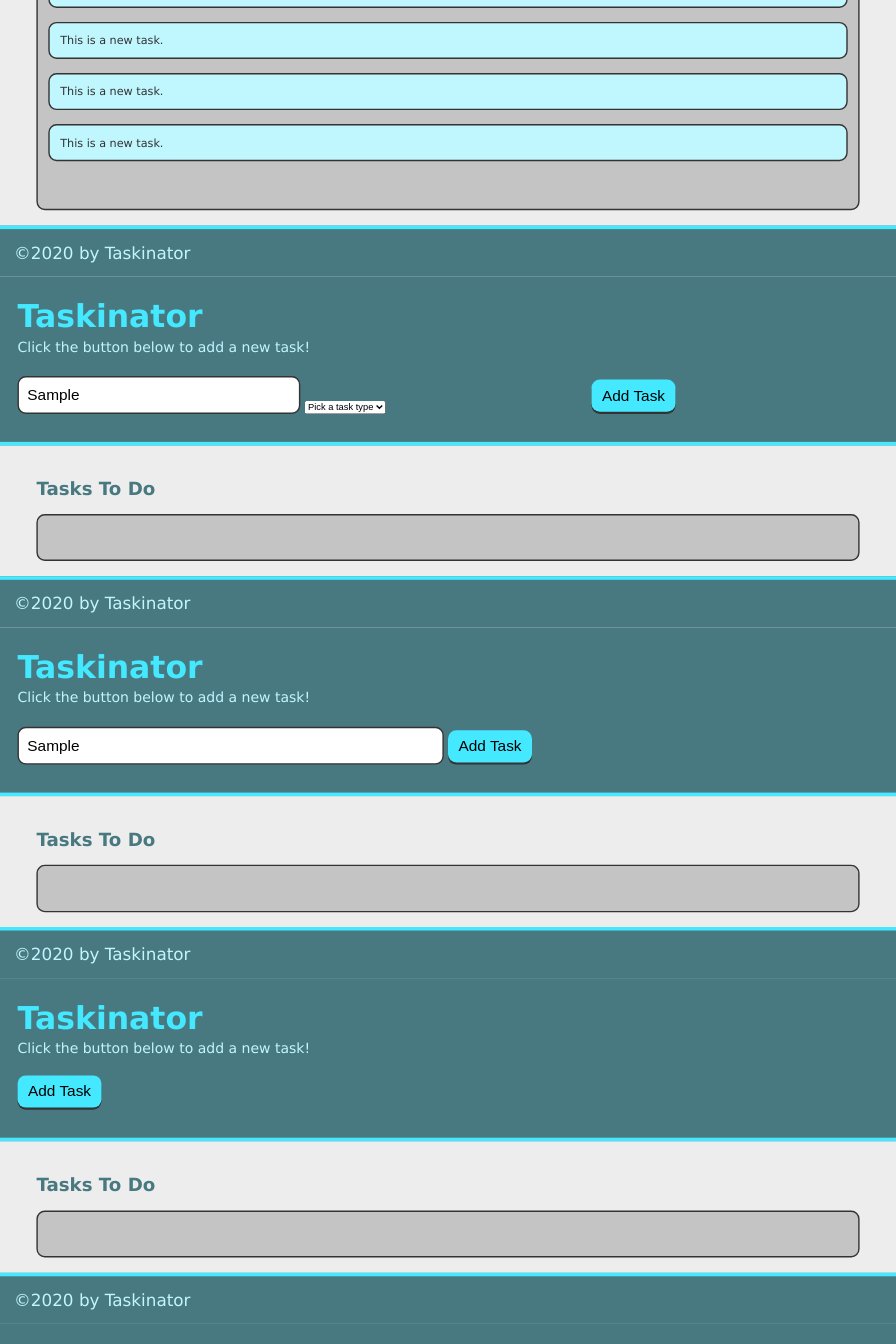
Repository: stuart-rickard/taskinator
Page: index.html
These files come from the project's save history. The page is drawn as it stood at one moment and after the next save; the edit follows.
The browser window is 1280 px wide. The pictures show the part of the page from y = 1566 to 3486 px (the page is 4003 px tall before and 4368 px after), at 70% of full size.
Empty fields were first filled with sample values (such as "Sample", 5 or name@example.com).
After loading, the first visible `#task-form` was submitted once.

Above is the page before, as saved 2021-11-17 00:41:50.

### index.html
<!DOCTYPE html>
<html lang="en">
<head>
    <meta charset="UTF-8">
    <meta http-equiv="X-UA-Compatible" content="IE=edge">
    <meta name="viewport" content="width=device-width, initial-scale=1.0">
    <title>Taskinator</title>
    <link rel="stylesheet" href="./assets/css/style.css">
</head>
<body>
    <header>
        <h1 class="page-title">Taskinator</h1>
        <p>Click the button below to add a new task!</p>
        <form id="task-form">
            <div class="form-group">
                <input type="text" name="task-name" placeholder="Enter Task Name" />
            </div>
            <div class="form-group">
                <select name="task-type" class="select-dropdown">
                  <option value="" disabled selected>Pick a task type</option>
                  <option value="Print">Print</option>
                  <option value="Web">Web</option>
                  <option value="Mobile">Mobile</option>
                </select>
            </div>
            <div class="form-group">
                <button class="btn" id="save-task" type="submit">Add Task</button>
            </div>
        </form>
    </header>
    <main class="page-content">
        <section class="task-list-wrapper">
          <h2 class="list-title">Tasks To Do</h2>
          <ul class="task-list" id="tasks-to-do">

          </ul>
        </section>
    </main>
    <footer>
        &copy;2020 by Taskinator
    </footer>

    <script src="./assets/js/script.js"></script>
</body>
</html>
<!DOCTYPE html>
<html lang="en">
<head>
    <meta charset="UTF-8">
    <meta http-equiv="X-UA-Compatible" content="IE=edge">
    <meta name="viewport" content="width=device-width, initial-scale=1.0">
    <title>Taskinator</title>
    <link rel="stylesheet" href="./assets/css/style.css">
</head>
<body>
    <header>
        <h1 class="page-title">Taskinator</h1>
        <p>Click the button below to add a new task!</p>
        <form id="task-form">
            <div class="form-group">
                <input type="text" name="task-name" placeholder="Enter Task Name" />
            </div>
            <div class="form-group">
                <select name="task-type">
                  <option value="" disabled selected>Pick a task type</option>
                  <option value="Print">Print</option>
                  <option value="Web">Web</option>
                  <option value="Mobile">Mobile</option>
                </select>
            </div>
            <div class="form-group">
                <button class="btn" id="save-task" type="submit">Add Task</button>
            </div>
        </form>
    </header>
    <main class="page-content">
        <section class="task-list-wrapper">
          <h2 class="list-title">Tasks To Do</h2>
          <ul class="task-list" id="tasks-to-do">

          </ul>
        </section>
    </main>
    <footer>
        &copy;2020 by Taskinator
    </footer>

    <script src="./assets/js/script.js"></script>
</body>
</html>
<!DOCTYPE html>
<html lang="en">
<head>
    <meta charset="UTF-8">
    <meta http-equiv="X-UA-Compatible" content="IE=edge">
    <meta name="viewport" content="width=device-width, initial-scale=1.0">
    <title>Taskinator</title>
    <link rel="stylesheet" href="./assets/css/style.css">
</head>
<body>
    <header>
        <h1 class="page-title">Taskinator</h1>
        <p>Click the button below to add a new task!</p>
        <form id="task-form">
            <div class="form-group">
                <input type="text" name="task-name" placeholder="Enter Task Name" />
            </div>
            <div class="form-group">
                <button class="btn" id="save-task" type="submit">Add Task</button>
            </div>
        </form>
    </header>
    <main class="page-content">
        <section class="task-list-wrapper">
          <h2 class="list-title">Tasks To Do</h2>
          <ul class="task-list" id="tasks-to-do">

          </ul>
        </section>
    </main>
    <footer>
        &copy;2020 by Taskinator
    </footer>

    <script src="./assets/js/script.js"></script>
</body>
</html>
<!DOCTYPE html>
<html lang="en">
<head>
    <meta charset="UTF-8">
    <meta http-equiv="X-UA-Compatible" content="IE=edge">
    <meta name="viewport" content="width=device-width, initial-scale=1.0">
    <title>Taskinator</title>
    <link rel="stylesheet" href="./assets/css/style.css">
</head>
<body>
    <header>
        <h1 class="page-title">Taskinator</h1>
        <p>Click the button below to add a new task!</p>
        <form id="task-form">
            <div class="form-group">
                <button class="btn" id="save-task" type="submit">Add Task</button>
            </div>
        </form>
    </header>
    <main class="page-content">
        <section class="task-list-wrapper">
          <h2 class="list-title">Tasks To Do</h2>
          <ul class="task-list" id="tasks-to-do">

          </ul>
        </section>
    </main>
    <footer>
        &copy;2020 by Taskinator
    </footer>

    <script src="./assets/js/script.js"></script>
</body>
</html>
<!DOCTYPE html>
<html lang="en">
<head>
    <meta charset="UTF-8">
    <meta http-equiv="X-UA-Compatible" content="IE=edge">
    <meta name="viewport" content="width=device-width, initial-scale=1.0">
    <title>Taskinator</title>
    <link rel="stylesheet" href="./assets/css/style.css">
</head>
<body>
    <header>
        <h1 class="page-title">Taskinator</h1>
        <p>Click the button below to add a new task!</p>
        <button class="btn" id="save-task" >Add Task</button>
    </header>
    <main class="page-content">
        <section class="task-list-wrapper">
          <h2 class="list-title">Tasks To Do</h2>
          <ul class="task-list" id="tasks-to-do">
            <li class="task-item">A task is going to be added soon!</li>
          </ul>
        </section>
    </main>
    <footer>
        &copy;2020 by Taskinator
    </footer>

    <script src="./assets/js/script.js"></script>
</body>
</html>

### assets/css/style.css
* {
  box-sizing: border-box;
}

:root {
  --primary: #44e9ff;
  --secondary: #497980;
  --tertiary: rgb(192, 246, 253);
  --grey: #333;
  font-size: 62.5%;
}

body {
  background: #ededed;
  color: var(--grey);
  margin: 0;
  padding: 0;
  display: flex;
  min-height: 100vh;
  flex-direction: column;
  font-family: Verdana, Geneva, Tahoma, sans-serif;
}

header {
  background: var(--secondary);
  padding: 30px 25px;
  border-bottom: 5px solid var(--primary);
}

header p {
  color: var(--tertiary);
  margin: 5px 0 20px;
  font-size: 2rem;
}

p,
li {
  font-size: 1.6rem;
}

form {
  display: flex;
  align-items: flex-end;
  flex-wrap: wrap;
}

form input {
  outline: none;
  border: none;
  padding: 12px;
  width: 100%;
  font-size: 2.2rem;
  border: 2px solid var(--grey);
  border-radius: 12px;
}

form .form-group {
  margin: 10px 6px 10px 0;
  flex: 1;
}

footer {
  width: 100%;
  background: var(--secondary);
  color: var(--tertiary);
  font-size: 2.4rem;
  padding: 20px;
  border-top: 5px solid var(--primary);
}

.page-title {
  color: var(--primary);
  margin-bottom: 5px;
  margin-top: 0;
  font-size: 4.5rem;
}

.page-content {
  flex: 1;
  display: flex;
  flex-wrap: wrap;
  justify-content: center;
  margin: 25px auto;
  width: 95%;
}

.task-list-wrapper {
  flex: 1;
  margin: 0 20px 20px;
}

.list-title {
  color: var(--secondary);
  font-size: 2.6rem;
}

.task-list {
  list-style: none;
  padding: 15px;
  height: calc(100% - 50px);
  background: rgb(196, 196, 196);
  border-radius: 12px;
  border: 2px solid var(--grey);
}

.task-item {
  color: var(--grey);
  padding: 15px 15px;
  border: 2px solid var(--grey);
  background: var(--tertiary);
  border-radius: 12px;
  margin-bottom: 20px;
}

.task-name {
  margin: 0;
  font-size: 1.8rem;
}

.task-type {
  color: var(--secondary);
  font-size: 1.55rem;
}
.task-actions {
  display: flex;
  flex-wrap: wrap;
  align-items: center;
  margin: 10px 0 5px 0;
  justify-content: space-between;
}

.task-actions button,
.task-actions select {
  flex: 1;
}

.btn {
  outline: none;
  border: none;
  display: inline-block;
  padding: 10px 15px;
  background: var(--primary);
  font-size: 2.2rem;
  border-radius: 12px;
  position: relative;
  top: -3px;
  box-shadow: 0 3px var(--grey);
}

.btn:hover {
  box-shadow: 0 2px var(--grey);
  top: -2px;
}
.btn:active {
  box-shadow: 0 0px var(--grey);
  top: 0;
}

.edit-btn,
.delete-btn {
  font-size: 1.4rem;
  padding: 5px 7px;
  margin: 3px;
  background: var(--secondary);
  color: #fff;
}

.select-dropdown,
.select-status {
  display: block;
  font-size: 2.2rem;
  color: #444;
  padding: 12px;
  width: 100%;
  max-width: 100%;
  margin: 0;
  border: 2px solid var(--grey);
  border-radius: 12px;
  -moz-appearance: none;
  -webkit-appearance: none;
  appearance: none;
  background-color: #fff;
  background-image: url("../images/select-arrow.svg");
  background-repeat: no-repeat, repeat;
  background-position: right 0.7em top 50%, 0 0;
  background-size: 0.65em auto, 100%;
}

.select-status {
  font-size: 1.4rem;
  padding: 4px 28px 4px 4px;
  width: auto;
}

.select-dropdown::-ms-expand,
.select-status::-ms-expand {
  display: none;
}

.select-dropdown:hover,
.select-status:hover {
  border-color: #888;
}

.select-dropdown:focus,
.select-status:focus {
  border-color: #aaa;
  box-shadow: 0 0 1px 3px rgba(59, 153, 252, 0.7);
  box-shadow: 0 0 0 3px -moz-mac-focusring;
  color: #222;
  outline: none;
}
.select-dropdown option,
.select-status option {
  font-weight: normal;
  font-size: 2rem;
}

@media screen and (max-width: 980px) {
  form .form-group {
    flex: 1 100%;
  }

  form .form-group button {
    width: 100%;
  }

  .task-list-wrapper {
    flex-basis: 100%;
  }

}

### assets/js/script.js
var formEl = document.querySelector("#task-form");
var tasksToDoEl = document.querySelector("#tasks-to-do");

var createTaskHandler = function() {

    event.preventDefault();

    var listItemEl = document.createElement("li");
    listItemEl.className = "task-item";
    listItemEl.textContent = "This is a new task.";
    tasksToDoEl.appendChild(listItemEl);
    console.log(event);
  }

  formEl.addEventListener("submit", createTaskHandler);
var formEl = document.querySelector("#task-form");
var tasksToDoEl = document.querySelector("#tasks-to-do");

var createTaskHandler = function() {

    event.preventDefault();

    var listItemEl = document.createElement("li");
    listItemEl.className = "task-item";
    listItemEl.textContent = "This is a new task.";
    tasksToDoEl.appendChild(listItemEl);
    console.log();
  }

  formEl.addEventListener("submit", createTaskHandler);
var formEl = document.querySelector("#task-form");
var tasksToDoEl = document.querySelector("#tasks-to-do");

var createTaskHandler = function() {

    event.preventDefault();

    var listItemEl = document.createElement("li");
    listItemEl.className = "task-item";
    listItemEl.textContent = "This is a new task.";
    tasksToDoEl.appendChild(listItemEl);
  }

  formEl.addEventListener("submit", createTaskHandler);
var formEl = document.querySelector("#task-form");
var tasksToDoEl = document.querySelector("#tasks-to-do");

var createTaskHandler = function() {
    var listItemEl = document.createElement("li");
    listItemEl.className = "task-item";
    listItemEl.textContent = "This is a new task.";
    tasksToDoEl.appendChild(listItemEl);
  }

  formEl.addEventListener("submit", createTaskHandler);
var buttonEl = document.querySelector("#save-task");
var tasksToDoEl = document.querySelector("#tasks-to-do");

var createTaskHandler = function() {
    var listItemEl = document.createElement("li");
    listItemEl.className = "task-item";
    listItemEl.textContent = "This is a new task.";
    tasksToDoEl.appendChild(listItemEl);
  }

buttonEl.addEventListener("click", createTaskHandler);

After the next save:
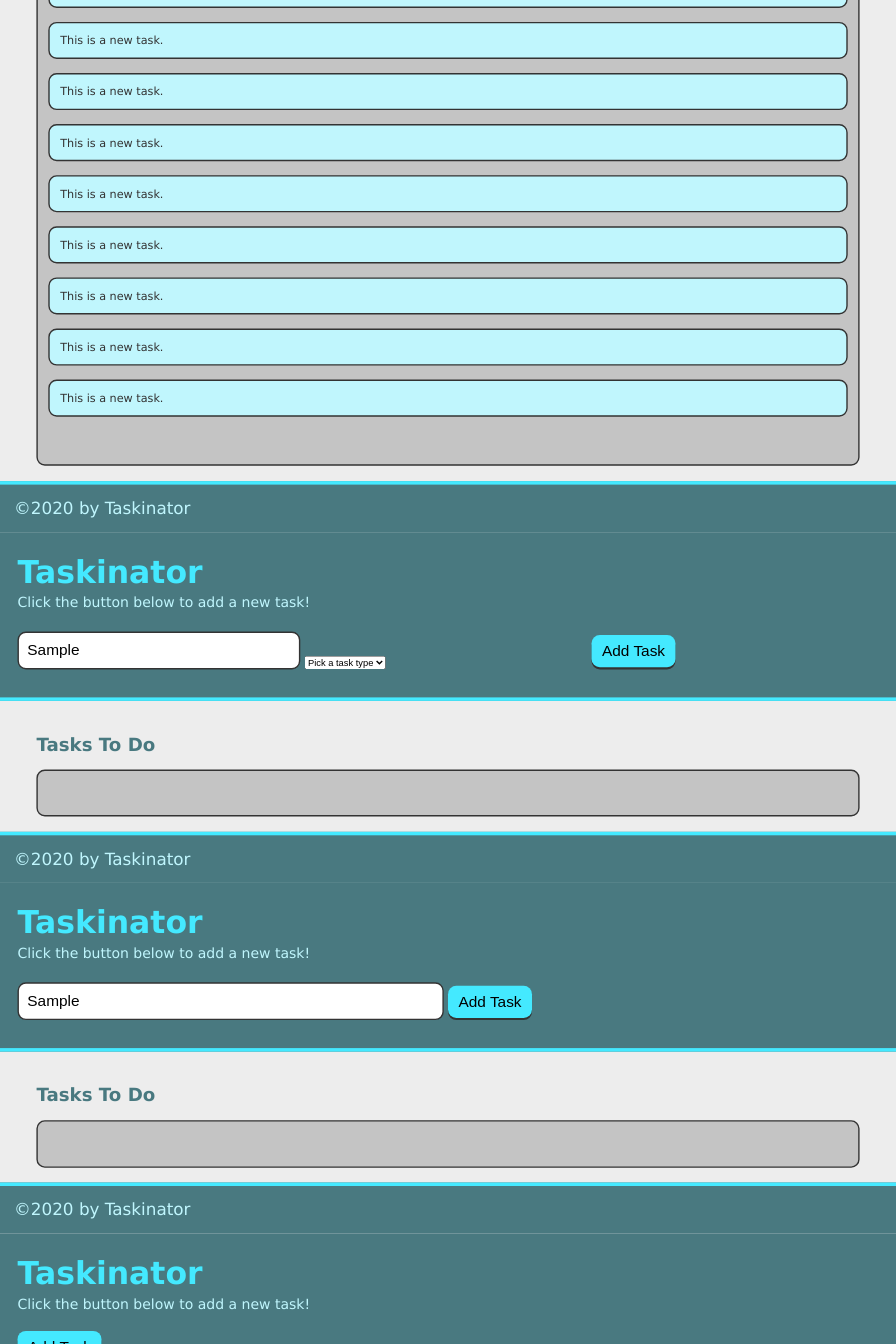
Saved 116 s later.
--- a/assets/js/script.js
+++ b/assets/js/script.js
@@ -1,3 +1,17 @@
+var formEl = document.querySelector("#task-form");
+var tasksToDoEl = document.querySelector("#tasks-to-do");
+
+var createTaskHandler = function() {
+
+    event.preventDefault();
+
+    var listItemEl = document.createElement("li");
+    listItemEl.className = "task-item";
+    listItemEl.textContent = "This is a new task.";
+    tasksToDoEl.appendChild(listItemEl);
+  }
+
+  formEl.addEventListener("submit", createTaskHandler);
 var formEl = document.querySelector("#task-form");
 var tasksToDoEl = document.querySelector("#tasks-to-do");
 
